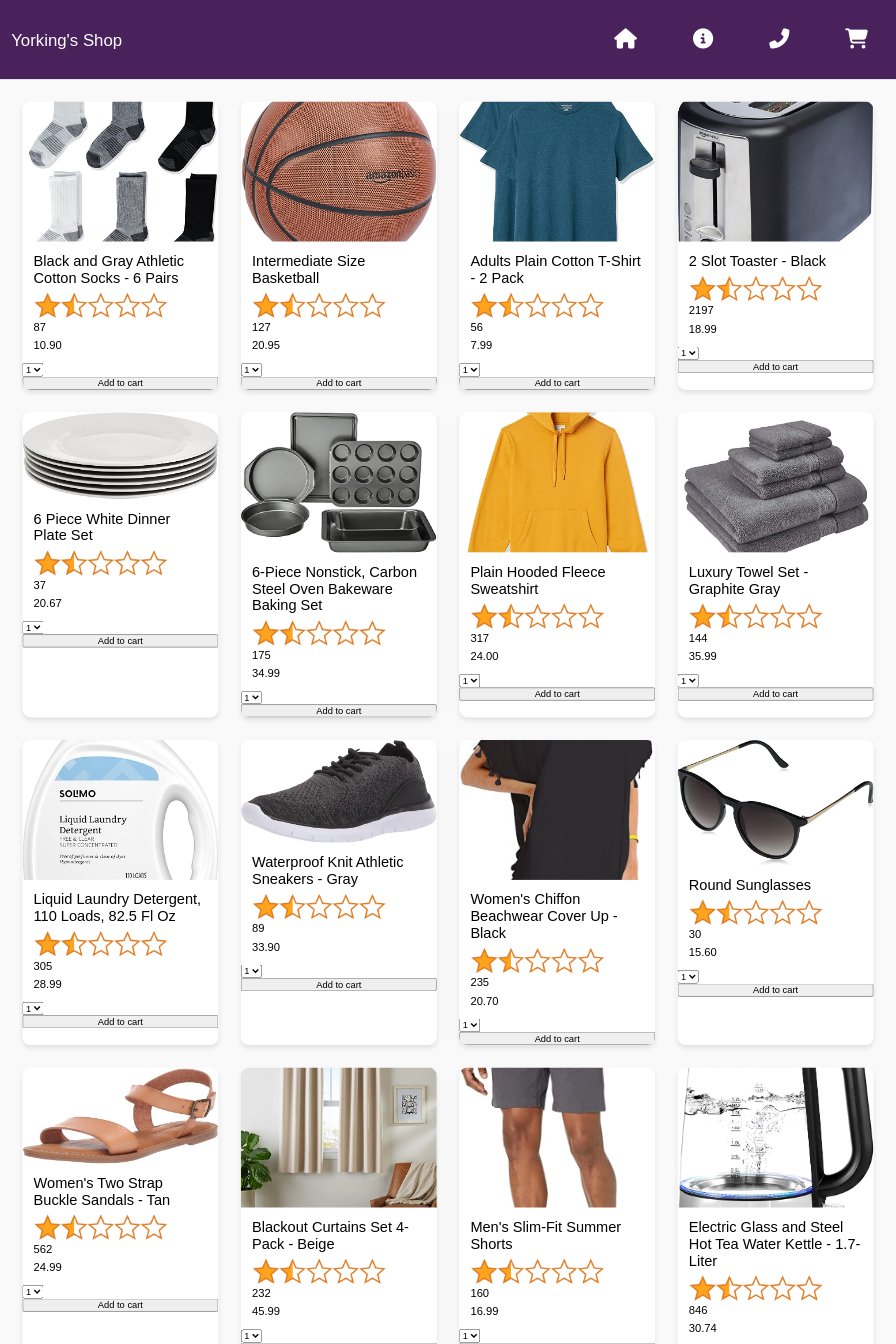
Repository: yorkings/eccomerce-website-in-js
Page: index.html
These files come from the project's save history. The page is drawn as it stood at one moment and after a run of saves; the edit follows.
The browser window is 1280 px wide. The pictures show the part of the page from y = 0 to 1920 px (the page is 5104 px tall), at 70% of full size.
Some web libraries are served in a nearby version.

Above is the page before, as saved 2025-05-24 17:20:46.

After the next 2 saves:
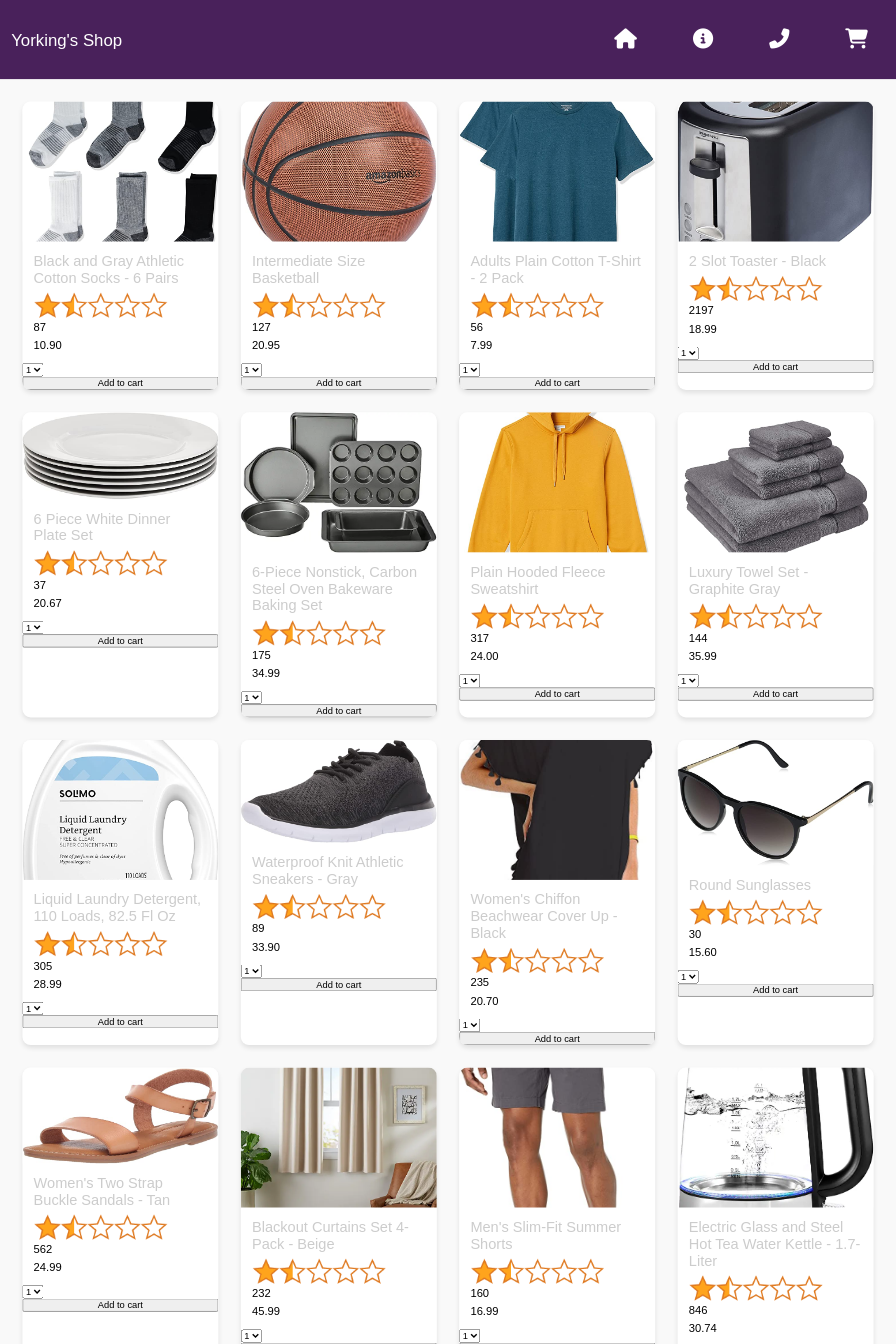
The 2 saves are shown as one change because they came seconds apart.
The last was saved 9 s later.
--- a/style.css
+++ b/style.css
@@ -89,7 +89,7 @@
 }
 .item-name{
     font-size: 1.3rem;
-    color: ;
+    color:#ccc;
 }
 @media  (max-width:768px)  {
     .menu-toggle{

After the 3 saves that followed:
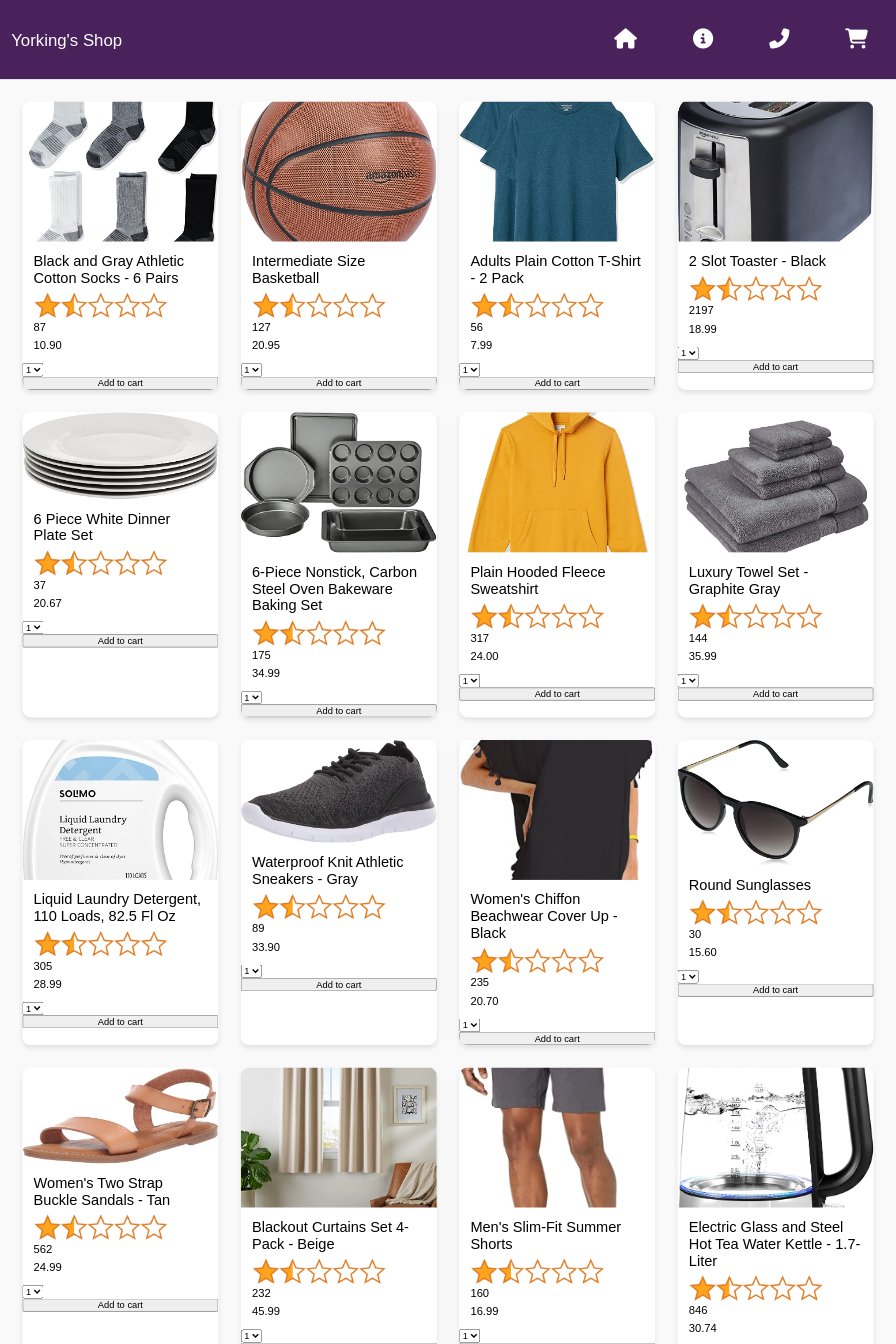
The 3 saves are shown as one change because they came seconds apart.
The last was saved 26 s later.
--- a/style.css
+++ b/style.css
@@ -89,7 +89,7 @@
 }
 .item-name{
     font-size: 1.3rem;
-    color:#ccc;
+    color:w;
 }
 @media  (max-width:768px)  {
     .menu-toggle{
